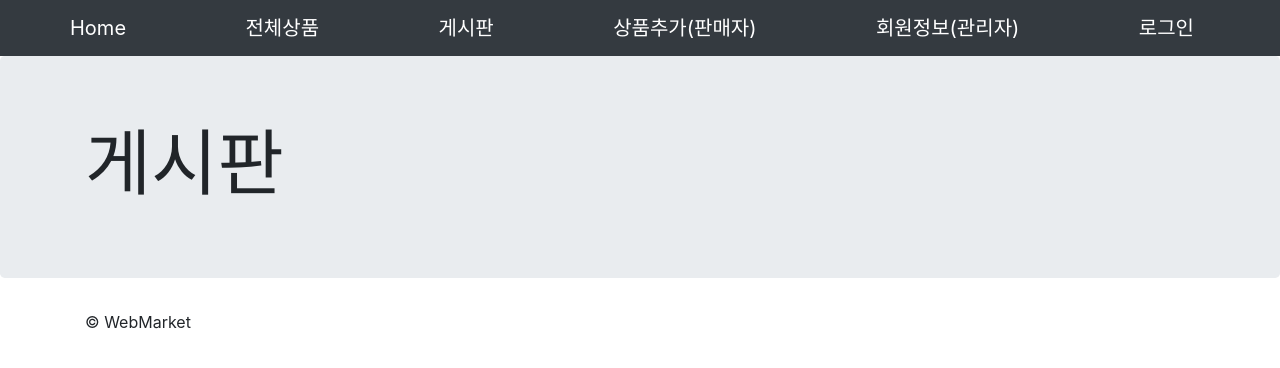
Repository: davisbyun/ai
Page: http://localhost/WebMarket/board/boardList.jsp
An editor plug-in stored every save of this project. The page is shown before and after the next save, followed by the edit.
The browser window is 1280 px wide. The pictures show the whole page.
The page is served by Tomcat 9. Other server files are loaded and not shown.

Above is the page before, as saved 2024-01-30 00:42:53.

### WebMarket/src/main/webapp/board/boardList.jsp
<%@ page language="java" contentType="text/html; charset=UTF-8"
    pageEncoding="UTF-8"%>
<!DOCTYPE html>
<html>
<body>
<head>
<meta charset="UTF-8">
<title>boardDetail.jsp 게시글 상세페이지 </title>
<link rel="stylesheet" href="./css/bootstrap.min.css" />

</head>
<body>
  <jsp:include page="../menu.jsp"></jsp:include>
  <div class="jumbotron">
    <div class="container">
        <h1 class="display-3"> 게시판 </h1>
    </div>
  </div>


  <jsp:include page="../footer.jsp"/>

  </body>
  </html>

### WebMarket/src/main/webapp/menu.jsp
<%@ page language="java" contentType="text/html; charset=UTF-8"
    pageEncoding="UTF-8"%>
<!DOCTYPE html>
<html>
<head>
<meta charset="UTF-8">
<title>Insert title here</title>
<link rel="stylesheet" href="https://cdn.jsdelivr.net/npm/bootstrap@4.0.0/dist/css/bootstrap.min.css" integrity="sha384-Gn5384xqQ1aoWXA+058RXPxPg6fy4IWvTNh0E263XmFcJlSAwiGgFAW/dAiS6JXm" crossorigin="anonymous">
</head>
<body>
	 <nav class="navbar navbar-expand navbar-dark bg-dark">
    <div class="container">
        <div class="navbar-header">
            <a class="navbar-brand" href="/WebMarket/welcome.jsp">Home</a>
        </div>
        <div class="navbar-header">
            <a class="navbar-brand" href="/WebMarket/products.jsp">전체상품</a>
        </div>
        <div class="navbar-header">
            <a class="navbar-brand" href="/WebMarket/board/boards.jsp">게시판</a>
        </div>
        <div class="navbar-header">
            <a class="navbar-brand" href="/WebMarket/addProduct.jsp">상품추가(판매자)</a>
        </div>
        <div class="navbar-header">
             <a class="navbar-brand" href="/WebMarket/member/memberInfo.jsp">회원정보(관리자)</a>
         </div>
         <%
            //세션 가져오기
            String name = (String)session.getAttribute("name");
         	String id = (String )session.getAttribute("id");
         	String loginOk = "로그인";
         	if( name != null ) {
         		loginOk = name + "님 ";
         %>
         <div class="navbar-header">
         	<div class="text-white"> <h5><%=loginOk %> </h5>&nbsp;&nbsp;
             <a class="navbar-brand" href="/WebMarket/member/logOut.jsp"> 로그아웃 </a>
         </div>
         </div>

         <%

         	}else {
         		loginOk = "로그인";
         %>
         <div class="navbar-header">
             <a class="navbar-brand" href="/WebMarket/member/login.jsp"><%= loginOk %></a>
         </div>
         <%
         	}
         %>

     </div>
   </nav>
</body>
</html>

### WebMarket/src/main/webapp/footer.jsp
<%@ page language="java" contentType="text/html; charset=UTF-8"
    pageEncoding="UTF-8"%>
<!DOCTYPE html>
<html>
<head>
<meta charset="UTF-8">
<title>Insert title here</title>
 <link rel="stylesheet" href="https://cdn.jsdelivr.net/npm/bootstrap@4.0.0/dist/css/bootstrap.min.css" integrity="sha384-Gn5384xqQ1aoWXA+058RXPxPg6fy4IWvTNh0E263XmFcJlSAwiGgFAW/dAiS6JXm" crossorigin="anonymous">
</head>
<body>
     <footer class="container">
	    <p>&copy; WebMarket</p>
	 </footer>
</body>
</html>

Loaded but not shown: WebMarket/src/main/webapp/css/bootstrap.min.css (library)

After the next save:
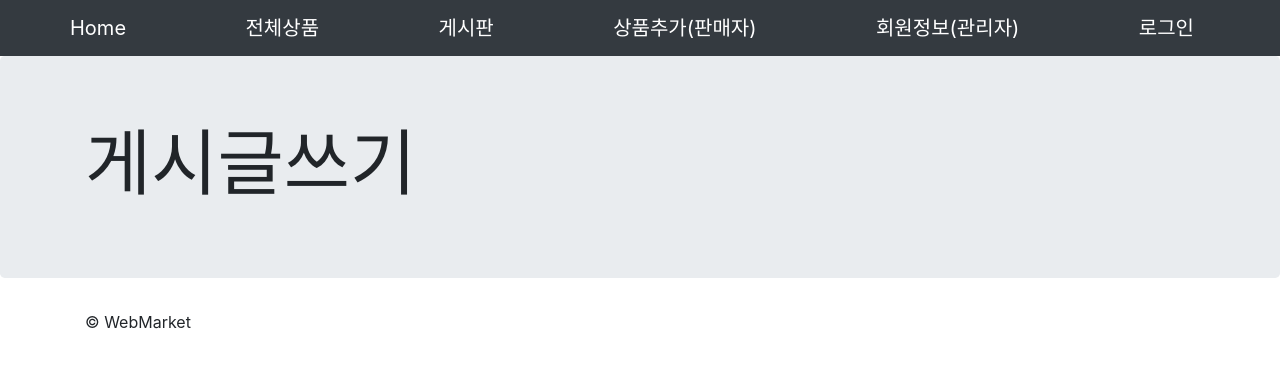
Saved 72 s later.
--- a/WebMarket/src/main/webapp/board/boardList.jsp
+++ b/WebMarket/src/main/webapp/board/boardList.jsp
@@ -5,7 +5,7 @@
 <body>
 <head>
 <meta charset="UTF-8">
-<title>boardDetail.jsp 게시글 상세페이지 </title>
+<title>boardInsert.jsp 게시글 입력하기 </title>
 <link rel="stylesheet" href="./css/bootstrap.min.css" />
 
 </head>
@@ -13,7 +13,7 @@
   <jsp:include page="../menu.jsp"></jsp:include>
   <div class="jumbotron">
     <div class="container">
-        <h1 class="display-3"> 게시판 </h1>
+        <h1 class="display-3"> 게시글쓰기 </h1>
     </div>
   </div>
 
